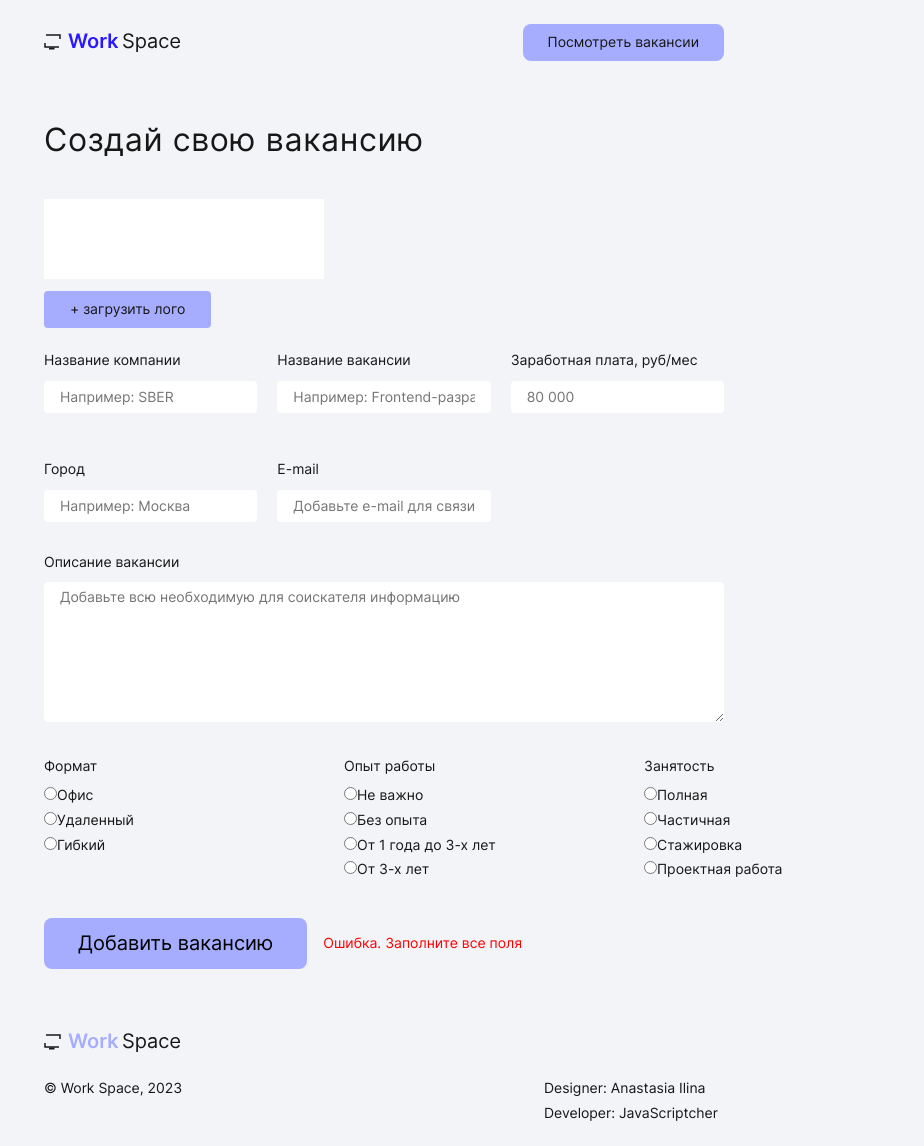
Repository: alexboagreek/workspace_js
Page: employer.html
These files come from the project's save history. The page is drawn as it stood at one moment and after a run of saves; the edit follows.
The browser window is 768 px wide. The page is 924 px wide, so the pictures cover 924 px, including what lies to the right of the window. The pictures show the whole page.

Above is the page before, as saved 2023-09-13 15:07:44.
Console error: TypeError: Cannot read properties of null (reading 'addEventListener')

### employer.html
<!DOCTYPE html>
<html lang="ru">
  <head>
    <meta charset="UTF-8" />
    <meta name="viewport" content="width=device-width, initial-scale=1.0" />
    <title>Workspace - добавить вакансию</title>

    <link rel="stylesheet" href="index.css" />

    <script src="js/choices.min.js" defer></script>
    <script src="js/script.js" defer></script>
  </head>

  <body>
    <header class="header">
      <div class="container header__container">
        <a href="index.html">
          <img
            class="header__logo"
            src="img/logo.svg"
            alt="Логитип WorkSpace"
          />
        </a>

        <a class="header__link" href="index.html#vacancies"
          >Посмотреть вакансии</a
        >
      </div>
    </header>

    <main>
      <section class="employer">
        <div class="container">
          <h1 class="employer__title">Создай свою вакансию</h1>

          <form class="employer__form">
            <div class="employer__file file">
              <div class="file__wrap-preview">
                <img src="#" alt="" class="file__preview" />
              </div>

              <div class="file__wrap-btn">
                <label for="logo" class="file__label"> + загрузить лого </label>
                <input
                  name="logo"
                  type="file"
                  class="file__input"
                  id="logo"
                  accept="image/png, image/jpeg"
                  required
                />
              </div>
            </div>

            <fieldset class="employer__fieldset-input">
              <div class="employer__wrap-input">
                <label class="employer__label" for="company"
                  >Название компании
                </label>

                <input
                  type="text"
                  class="employer__input"
                  id="company"
                  name="company"
                  placeholder="Например: SBER"
                />
              </div>

              <fieldset class="employer__fieldset">
                <div class="employer__wrap-input">
                  <label class="employer__label" for="title"
                    >Название вакансии</label
                  >

                  <input
                    type="text"
                    class="employer__input"
                    id="title"
                    name="title"
                    placeholder="Например: Frontend-разработчик"
                  />
                </div>
              </fieldset>

              <fieldset class="employer__fildset">
                <div class="employer__wrap-input">
                  <label class="employer__label" for="salary"
                    >Заработная плата, руб/мес</label
                  >

                  <input
                    type="number"
                    class="employer__input"
                    id="salary"
                    name="salary"
                    placeholder="80 000"
                  />
                </div>
              </fieldset>

              <fieldset class="employer__fildset">
                <div class="employer__wrap-input">
                  <label class="employer__label" for="location">Город</label>

                  <input
                    type="text"
                    class="employer__input"
                    id="location"
                    name="location"
                    placeholder="Например: Москва"
                  />
                </div>
              </fieldset>

              <fieldset class="employer__fildset">
                <div class="employer__wrap-input">
                  <label class="employer__label" for="email">E-mail</label>

                  <input
                    type="email"
                    class="employer__input"
                    id="email"
                    name="email"
                    placeholder="Добавьте e-mail для связи"
                  />
                </div>
              </fieldset>
            </fieldset>



            <fieldset class="employer__fieldset-textarea">
              <label class="employer__label" for="description"
                >Описание вакансии</label
              >

              <textarea
                class="employer__textarea"
                name="description"
                id="description"
                placeholder="Добавьте всю необходимую для соискателя информацию"
              ></textarea>
            </fieldset>

            <div class="employer__radio-buttons">
              <fieldset class="employer__fieldset-radio">
                <legend class="employer__legend">Формат</legend>

                <label class="employer__label-radio radio">
                  <input
                    type="radio"
                    class="radio__input"
                    name="format"
                    value="Офис"
                  />Офис
                </label>

                <label class="employer__label-radio radio">
                  <input
                    type="radio"
                    class="radio__input"
                    name="format"
                    value="Удаленный"
                  />Удаленный
                </label>

                <label class="employer__label-radio radio">
                  <input
                    type="radio"
                    class="radio__input"
                    name="format"
                    value="Гибкий"
                  />Гибкий
                </label>
              </fieldset>

              <fieldset class="employer__fieldset-radio">
                <legend class="employer__legend">Опыт работы</legend>

                <label class="employer__label-radio radio">
                  <input
                    type="radio"
                    class="radio__input"
                    name="experience"
                    value="Не важно"
                  />Не важно
                </label>

                <label class="employer__label-radio radio">
                  <input
                    type="radio"
                    class="radio__input"
                    name="experience"
                    value="Без опыта"
                  />Без опыта
                </label>

                <label class="employer__label-radio radio">
                  <input
                    type="radio"
                    class="radio__input"
                    name="experience"
                    value="От 1 года до 3-х лет"
                  />От 1 года до 3-х лет
                </label>

                <label class="employer__label-radio radio">
                  <input
                    type="radio"
                    class="radio__input"
                    name="experience"
                    value="От 3-х лет"
                  />От 3-х лет
                </label>
              </fieldset>

              <fieldset class="employer__fieldset-radio">
                <legend class="employer__legend">Занятость</legend>

                <label class="employer__label-radio radio">
                  <input
                    type="radio"
                    class="radio__input"
                    name="type"
                    value="Полная"
                  />Полная
                </label>

                <label class="employer__label-radio radio">
                  <input
                    type="radio"
                    class="radio__input"
                    name="type"
                    value="Частичная"
                  />Частичная
                </label>

                <label class="employer__label-radio radio">
                  <input
                    type="radio"
                    class="radio__input"
                    name="type"
                    value="Стажировка"
                  />Стажировка
                </label>

                <label class="employer__label-radio radio">
                  <input
                    type="radio"
                    class="radio__input"
                    name="type"
                    value="Проектная работа"
                  />Проектная работа
                </label>
              </fieldset>
            </div>

            <div class="employer__wrap-submit">
              <button class="employer__submit" type="submit">
                Добавить вакансию
              </button>
              <div class="employer__error">Ошибка. Заполните все поля</div>
            </div>
          </form>
        </div>
      </section>
    </main>

    <footer class="footer">
      <div class="container footer__container">
        <img
          class="footer__logo"
          src="img/logo-footer.svg"
          alt="Логотип WorkSpace"
        />

        <p class="footer__copyright">© Work Space, 2023</p>

        <ul class="footer__contacts">
          <li class="footer__contact">
            Designer:
            <a class="footer__link" href="#">Anastasia Ilina</a>
          </li>
          <li class="footer__contact">
            Developer:
            <a class="footer__link" href="#">JavaScriptcher</a>
          </li>
        </ul>
      </div>
    </footer>
  </body>
</html>

### index.css
@import "style/normalize.css";
@import "style/choices.min.css";
@import "style/style.css";
@import "style/header.css";
@import "style/hero.css";
@import "style/vacancies.css";
@import "style/filter.css";
@import "style/choices.css";
@import "style/checkbox.css";
@import "style/cards.css";
@import "style/vacancy.css";
@import "style/footer.css";
@import "style/modal.css";
@import "style/detail.css";
@import "style/employer.css";
@import "style/file.css";
@import "style/radio.css";

### style/style.css
@font-face {
  font-family: Inter;
  font-weight: 400;
  src: url("../fonts/inter-regular.woff2") format("woff2"),
    url("../fonts/inter-regular.woff") format("woff");
}

html {
  scroll-behavior: smooth;
  position: relative;
  box-sizing: border-box;
}

*,
*:before,
*:after {
  box-sizing: inherit;
}

body {
  min-width: 320px;
  min-height: 100vh;
  font-family: Inter, sans-serif;
  font-size: 14px;
  color: #171717;
  background-color: #f3f4f8;
  line-height: 1.2;
}

img,
svg {
  max-width: 100%;
  max-height: 100%;
  height: auto;
}

button {
  padding: 0;
  border: 0;
  cursor: pointer;
  background-color: transparent;
}

a {
  text-decoration: none;
  color: inherit;
}

ul {
  padding: 0;
  margin: 0;
  list-style: none;
}

h1,
h2,
h3,
p {
  margin: 0;
}

fieldset {
  padding: 0;
  margin: 0;
  border: 0;
}

.visually-hidden {
  position: fixed;
  transform: scale(0);
}

.container {
  --width: 1180px;
  --padding: 30px;
  max-width: calc(var(--width) + var(--padding) * 2);
  margin: 0 auto;
  padding: 0 var(--padding);
}

.blue-text {
  color: #2a18ff;
}

@media (max-width: 1140px) {
  .container {
    --width: 880px;
  }
}

@media (max-width: 940px) {
  .container {
    --width: 680px;
  }
}

@media (max-width: 640px) {
  .container {
    --padding: 15px;
  }
}

### style/header.css
.header {
  padding: 40px 0;
}

.header__container {
  display: flex;
  align-items: center;
  justify-content: space-between;
}

.header__links {
  display: flex;
  gap: 8px;
  flex-wrap: wrap;
}

.header__link {
  padding: 12px 32px;
  border-radius: 8px;
  background-color: #a6adff;
  font-size: 20px;
  border: 2px solid transparent;
  transition-property: color, background-color;
  transition-duration: 0.2s;
  transition-timing-function: ease-in-out;
}

.header__link_o {
  background-color: transparent;
  border: 2px solid #A6ADFF;
}

.header__link:focus-visible {
  border-color: #4f58be;
}

.header__link:hover {
  color: #fff;
  background-color: #2a18ff;
}


@media (max-width: 1140px) {
  .header {
    padding: 32px 0 40px;
  }
}

@media (max-width: 940px) {
  .header {
    padding: 24px 0 30px;
  }

  .header__link {
    padding: 8px 23px;
    font-size: 14px;
  }
}

@media (max-width: 640px) {
  .header {
    padding: 24px 0 20px;
  }

  .header__link {
    display: none;
  }
}

### style/hero.css
.hero {
  padding: 60px 0 50px;
}

.hero__container {
  position: relative;
  padding-top: 57px;
  padding-bottom: 57px;
}

.hero__container:after {
  content: "";
  position: absolute;
  right: -9px;
  top: 0;
  bottom: 0;
  width: 421px;
  background: url("../img/laptop.png") no-repeat center/contain;
}

.hero__title {
  position: relative;
  z-index: 2;
  max-width: 780px;
  font-size: 90px;
  letter-spacing: 1.8px;
  text-transform: uppercase;
}

@media (max-width: 1140px) {
  .hero {
    padding: 40px 0;
  }

  .hero__container {
    padding-top: 53px;
    padding-bottom: 53px;
  }

  .hero__container:after {
    width: 340px;
  }

  .hero__title {
    max-width: 580px;
    font-size: 64px;
    letter-spacing: 1.28px;
  }
}

@media (max-width: 940px) {
  .hero {
    padding: 30px 0;
  }

  .hero__container {
    padding-top: 40px;
    padding-bottom: 40px;
  }

  .hero__container:after {
    width: 269px;
  }

  .hero__title {
    max-width: 450px;
    font-size: 52px;
    letter-spacing: 1.04px;
  }
}

@media (max-width: 640px) {
  .hero {
    padding-top: 20px;
    padding-bottom: 10px;
  }

  .hero__container {
    padding-top: 0;
    padding-bottom: 234px;
  }

  .hero__title {
    max-width: 290px;
    text-align: center;
    margin: 0 auto;
    font-size: 32px;
  }

  .hero__container:after {
    right: auto;
    top: auto;
    height: 269px;
    left: 50%;
    transform: translateX(-50%);
    background-position: bottom;
  }
}

### style/vacancies.css
.vacancies {
  padding: 50px 0;
}

.vacancies__container {
  display: flex;
  align-items: start;
  gap: 24px 20px;
}

.vacancies__filter-btn {
  display: none;
}

.vacancies__filter {
  flex: 0 0 280px;
}

.vacancies__cards {
  flex-basis: 100%;
}

@media (max-width: 1140px) {
  .vacancies {
    padding: 40px 0;
  }
}

@media (max-width: 940px) {
  .vacancies {
    padding: 30px 0;
  }

  .vacancies__container {
    flex-direction: column;
    row-gap: 0;
  }

  .vacancies__filter-btn {
    display: flex;
    align-items: center;
    margin-bottom: 24px;
    transition-property: margin-bottom, color;
    transition-duration: 0.2s, 0.3s;
    transition-timing-function: ease-in-out;
    transition-delay: 0.2s, 0s;
    color: #2a18ff;
    line-height: 20px;
  }

  .vacancies__filter-btn:hover:not(:focus) {
    color: #a6adff;
  }

  .vacancies__filter-btn-arrow {
    position: relative;
    top: -2px;
    display: block;
    width: 20px;
    height: 20px;
  }

  .vacancies__filter-btn_active {
    margin-bottom: 32px;
    transition-delay: 0s;
  }

  .vacancies__filter-btn_active .vacancies__filter-btn-arrow {
    transform: rotate(180deg);
    top: 2px;
  }

  .vacancies__filter {
    width: 100%;
    flex-basis: auto;
    height: 0;
    overflow: hidden;
    transition: height 0.4s ease-in-out;
  }

  .vacancies__filter_active {
    height: auto;
    margin-bottom: 40px;
  }

  .vacancies__cards {
    width: 100%;
  }
}

@media (max-width: 640px) {
  .vacancies__filter-btn_active {
    margin-bottom: 24px;
  }
}

### style/filter.css
.filter {
  position: relative;
}

.filter__reset {
  position: absolute;
  top: 7px;
  right: 0;
  color: #ccc;
}

.filter__title {
  font-size: 20px;
  font-weight: 400;
  margin-bottom: 32px;
}

.filter__form {
  display: flex;
  flex-direction: column;
  gap: 32px;
}

.filter__fieldset {
  display: flex;
  flex-direction: column;
  align-items: start;
}

.filter__legend {
  margin-bottom: 12px;
}

.filter__select {
  width: 100%;
}

.filter__range {
  display: flex;
  align-items: center;
  justify-content: space-between;
  gap: 10px;
}

.filter__label:not(:last-child) {
  margin-bottom: 8px;
}

.filter__input {
  flex: 1 1 50%;
  width: 100%;
  padding: 0 16px;
  height: 32px;
  border: 0;
}

.filter__input::placeholder {
  color: #ccc;
}

.filter__checkboxes {
  display: flex;
  flex-direction: column;
  gap: 32px;
}

.filter__button {
  padding: 8px 24px;
  border-radius: 4px;
  background-color: #a6adff;
  border: 2px solid transparent;
  transition-property: color, background-color;
  transition-duration: 0.2s;
  transition-timing-function: ease-in-out;
}

.filter__button:focus-visible {
  border-color: #4f58be;
}

.filter__button:hover {
  color: #fff;
  background-color: #2a18ff;
}

@media (max-width: 940px) {
  .filter__title {
    position: fixed;
    transform: scale(0);
  }

  .filter__input {
    max-width: 140px;
  }

  .filter__checkboxes {
    display: grid;
    grid-template-columns: repeat(auto-fit, minmax(180px, 1fr));
    gap: 24px 70px;
  }

  .filter__buttons {
    display: flex;
    gap: 16px;
    align-items: center;
  }

  .filter__reset {
    position: static;
  }
}

### style/choices.css
.choices {
  width: 100%;
}

.choices__inner {
  background-color: #fff;
  padding: 6px 16px;
  min-height: 32px;
  border: 0;
}

.choices__list--single {
  padding: 0;
}

.choices[data-type*="select-one"]::after {
  width: 20px;
  height: 20px;
  background: url("../img/arrow.svg") no-repeat center/contain;
  border: 0;
  top: 6px;
  right: 16px;
  margin-top: 0;
}

.choices[data-type*="select-one"].is-open::after {
  transform: rotate(180deg);
  margin-top: 0;
}

### style/checkbox.css
.checkbox {
  position: relative;
  display: block;
  line-height: 20px;
  padding-left: 28px;
}

.checkbox__input {
  -webkit-appearance: none;
  -moz-appearance: none;
  appearance: none;
  position: absolute;
  width: 20px;
  height: 20px;
  left: 0;
  top: 0;
  bottom: 0;
  background-color: #fff;
  border-radius: 4px;
}

.checkbox__input:after {
  content: "";
  position: absolute;
  inset: 0;
  display: block;
  background: url("../img/check.svg") no-repeat center;
  opacity: 0;
  transition: opacity 0.2s ease-in-out;
}

.checkbox__input:checked:after {
  opacity: 1;
}

.checkbox__input:focus-visible {
  outline: none;
  box-shadow: 0px 2px 10px rgba(0, 0, 0, 0.25);
}

.checkbox__input:hover:not(:disabled) {
  box-shadow: 0px 2px 10px rgba(166, 173, 255, 0.55);
}

.checkbox__input:disabled {
  background-color: #ccc;
}

### style/cards.css
.cards__list {
  display: grid;
  grid-template-columns: repeat(auto-fit, minmax(280px, 1fr));
  gap: 20px;
}

@media (max-width: 940px) {
  .cards__list {
    grid-template-columns: repeat(auto-fit, minmax(220px, 1fr));
    gap: 10px;
  }
}

### style/vacancy.css
.vacancy {
  border-radius: 16px;
  background-color: #fff;
  padding: 16px;
  height: 100%;
  cursor: pointer;
  outline: none;
  border: 2px solid transparent;
}

.vacancy:hover {
  background-color: #f9faff;
}

.vacancy:focus-visible {
  border-color: #a6adff;
}

.vacancy__img {
  max-height: 44px;
  margin-bottom: 12px;
  display: block;
}

.vacancy__company {
  font-size: 20px;
  margin-bottom: 8px;
}

.vacancy__title {
  display: inline-block;
  padding: 3px 5px;
  font-size: 14px;
  font-weight: 400;
  border-radius: 4px;
  background-color: #eaecff;
  margin-bottom: 8px;
}

.vacancy__field {
  color: #ccc;
}

### style/footer.css
.footer {
  padding: 50px 0 40px;
}

.footer__container {
  display: grid;
  gap: 27px;
  grid-template-areas:
    "logo ."
    "copyright contacts";
}

.footer__logo {
  grid-area: logo;
}

.footer__copyright {
  grid-area: copyright;
}

.footer__contacts {
  grid-area: contacts;
  justify-self: end;
  min-width: 180px;
}

.footer__contact {
  margin-bottom: 8px;
}

.footer__contact:last-child {
  margin-bottom: 0;
}

.footer__link:hover {
  color: brown;
}

@media (max-width: 1140px) {
  .footer {
    padding: 40px 0 32px;
  }
}

@media (max-width: 940px) {
  .footer {
    padding: 30px 0 24px;
  }
}

@media (max-width: 640px) {
  .footer {
    padding-top: 20px;
  }

  .footer__container {
    grid-template-areas:
      "logo"
      "copyright"
      "contacts";
  }

  .footer__contacts {
    justify-self: start;
  }
}

### style/modal.css
.modal {
  position: fixed;
  z-index: 10;
  inset: 0;
  background-color: rgba(0, 0, 0, 0.5);
  cursor: pointer;
  padding: 30px;
  overflow-y: auto;
  display: flex;
}

.modal__main {
  position: relative;
  margin: auto;
  cursor: default;
}

.modal__close {
  background-color: transparent;
  border: none;
  cursor: pointer;
  position: absolute;
  top: 12px;
  right: 12px;
  padding: 0;
  line-height: 0;
  outline: 1px solid transparent;
  border-radius: 3px;
}

.modal__close:focus-visible {
  outline-color: gray;
}

@media (max-width: 640px) {
  .modal {
    padding: 30px 15px;
  }
}

### style/employer.css
.employer {
  padding: 60px 0 50px;
}

.employer__title {
  font-size: 32px;
  font-weight: 400;
  letter-spacing: 0.64px;
  margin-bottom: 50px;
}

.employer__file {
  margin-bottom: 32px;
}

.employer__label {
  display: block;
  margin-bottom: 12px;
}

.employer__input {
  border-radius: 4px;
  padding: 0 16px;
  height: 32px;
  border: 0;
  width: 100%;
}

.employer__input:placeholder {
  color: #ccc;
}

.employer__fieldset-input {
  display: grid;
  grid-template-columns: repeat(3, 1fr);
  gap: 32px 20px;
  margin-bottom: 32px;
}

.employer__textarea {
  border-radius: 4px;
  min-height: 140px;
  width: 1181px;
  resize: vertical;
  border: none;
  padding: 7px 16px;
  margin-bottom: 32px;
}

.employer__radio-buttons {
  display: grid;
  grid-template-columns: repeat(3, 280px);
  gap: 20px;
  margin-bottom: 50px;
}

.employer__fieldset-radio {
  display: flex;
  flex-direction: column;
}

.employer__legend {
  margin-bottom: 12px;
}

.employer__label-radio {
  margin-bottom: 8px;
}

.employer__label-radio:last-child {
  margin-bottom: 0;
}

.employer__wrap-submit {
  display: flex;
  flex-wrap: wrap;
  align-items: center;
  gap: 16px;
}

.employer__submit {
  padding: 12px 32px;
  border-radius: 8px;
  background-color: #a6adff;
  font-size: 20px;
  border: 2px solid transparent;
  transition-property: color, background-color;
  transition-duration: 0.2s;
  transition-timing-function: ease-in-out;
}

.employer__submit:focus-visible {
  border-color: #4f58be;
}

.employer__submit:hover {
  color: #fff;
  background-color: #2a18ff;
}

.employer__error {
  color: #f00;
}

@media (max-width: 1140px) {
  .employer {
    padding-top: 40px;
    padding-bottom: 40px;
  }

  .employer__title {
    letter-spacing: 0.64px;
    margin-bottom: 40px;
  }

  .employer__file {
    margin-bottom: 24px;
  }

  .employer__fieldset {
    margin-bottom: 24px;
  }

  .employer__fieldset-input {
    row-gap: 24px;
  }

  .employer__textarea {
    width: 100%;
  }

  .employer__radio-buttons {
    margin-bottom: 40px;
  }
}

@media (max-width: 940px) {
  .employer {
    padding: 30px 0;
  }
}

### style/file.css
.file {
  position: relative;
  display: flex;
  flex-direction: column;
  align-items: start;
}

.file__wrap-preview {
  background-color: #fff;
  min-width: 280px;
  height: 80px;
  margin-bottom: 12px;
}

.file__wrap-preview_active {
  min-width: auto;
}

.file__preview {
}

.file__wrap-btn {
  position: relative;
}

.file__label {
  display: inline-block;
  padding: 8px 24px;
  border-radius: 4px;
  background-color: #a6adff;
  cursor: pointer;
  transition: all 0.4s ease-in-out;
  border: 2px solid transparent;
}


.file__label:focus-visible {
  border-color: #4f58be;
}

.file__label:hover {
  color: #fff;
  background-color: #2a18ff;
}

.file__input {
  opacity: 0;
  position: absolute;
  width: 1px;
  height: 1px;
  top: 50%;
  left: 50%;
}

.file__wrap-btn:focus-within .file__label {
  border-color: #4f58be;
}

### style/radio.css
.radio {
}
.radio__input {
}

Loaded but not shown: js/choices.min.js (library); style/normalize.css (library); style/choices.min.css (library); js/script.js (300 lines, source omitted); style/detail.css (115 lines, source omitted)

After the next 4 saves:
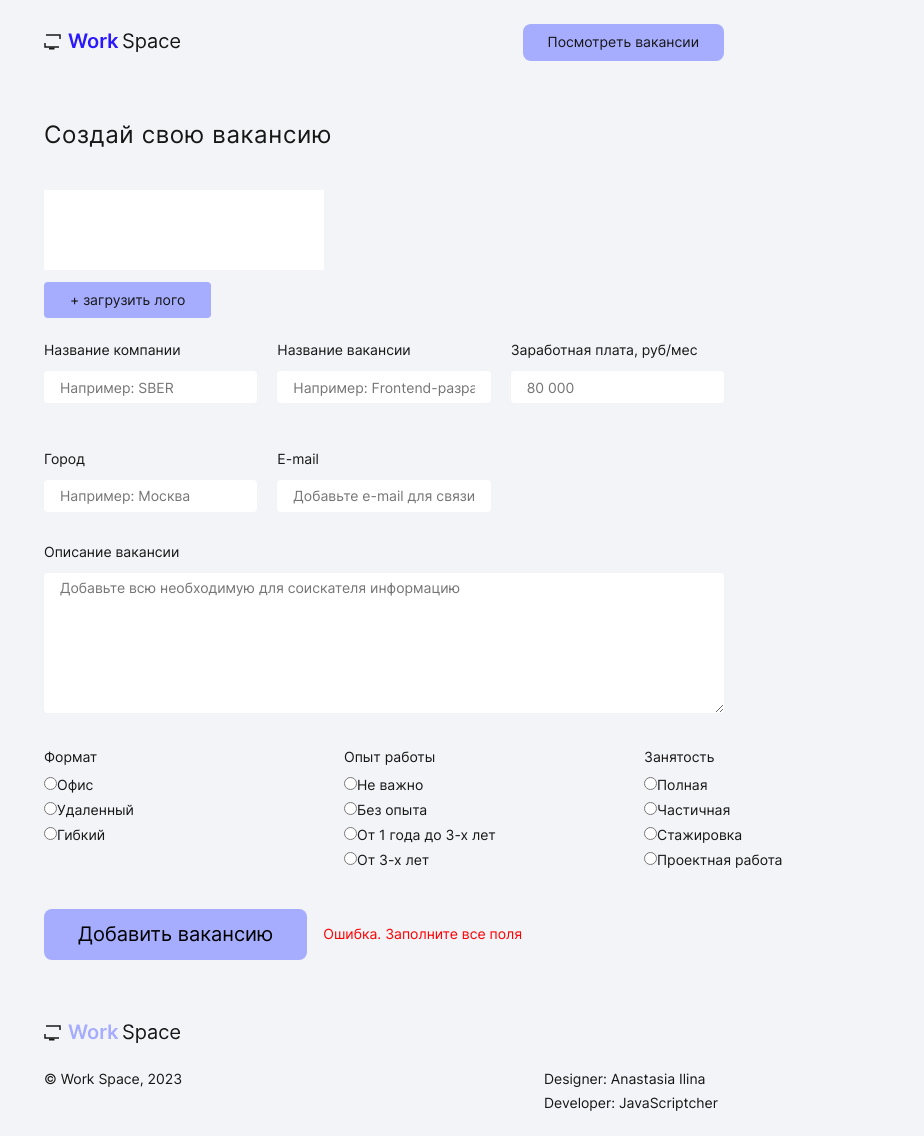
The 4 saves are shown as one change because they came seconds apart.
The last was saved 35 s later.
--- a/style/employer.css
+++ b/style/employer.css
@@ -138,4 +138,8 @@
   .employer {
     padding: 30px 0;
   }
+
+  .employer__title {
+    font-size: 24px;
+  }
 }
